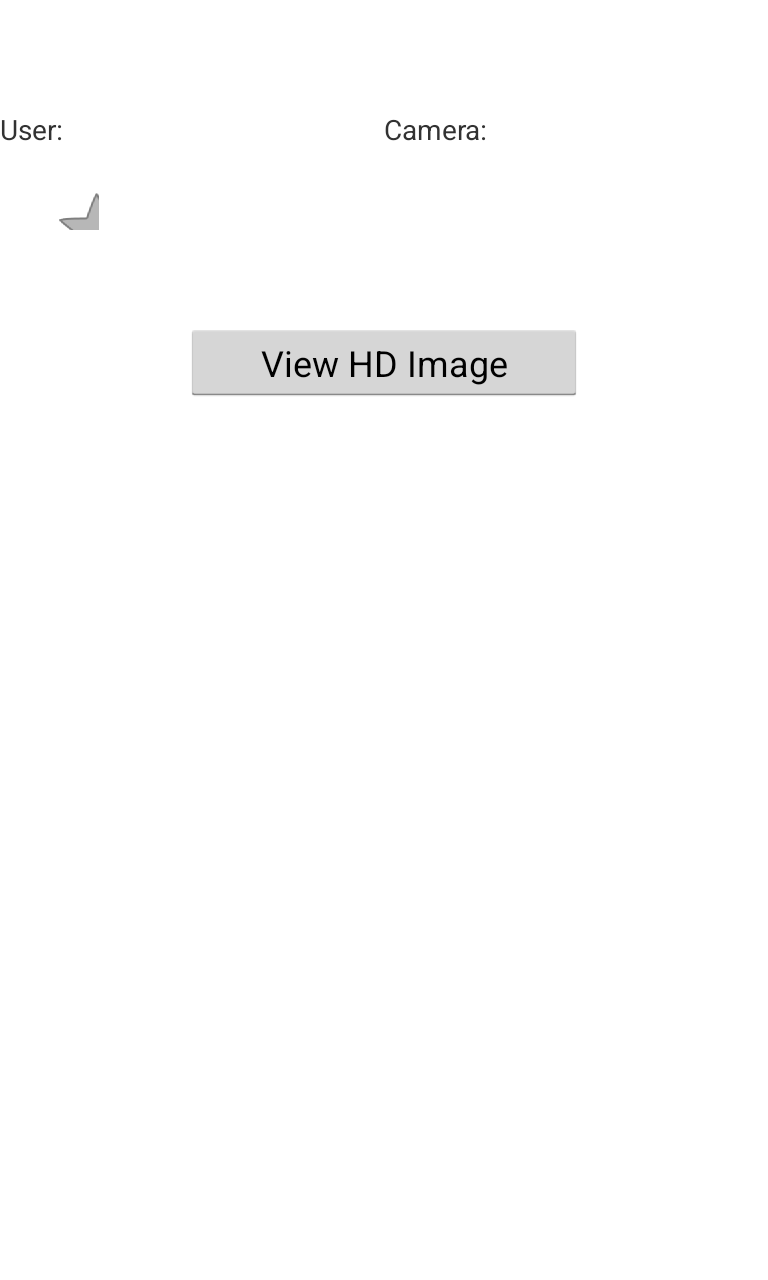
Repository: arianaantonio/Java2_Antonio
Layout: SpaceImageViewer/res/layout/details_activity.xml
These files come from the project's save history. The layout is drawn as it stood at one moment and after the next save; the edit follows.
It is drawn on a 768 x 1280 px phone screen (xhdpi) without system bars, with theme AppTheme; the app's code is not run.

Above is the layout before, as saved 2014-07-16 02:23:58.

### SpaceImageViewer/res/layout/details_activity.xml
<?xml version="1.0" encoding="utf-8"?>
<RelativeLayout xmlns:android="http://schemas.android.com/apk/res/android"
    android:layout_width="match_parent"
    android:layout_height="match_parent"
    android:orientation="vertical" >

    <TextView
        android:id="@+id/title"
        android:layout_width="wrap_content"
        android:layout_height="wrap_content"
        android:layout_alignParentTop="true"
        android:layout_centerHorizontal="true"
        android:layout_marginTop="18dp"
        android:text="" />

    <TextView
        android:id="@+id/user"
        android:layout_width="wrap_content"
        android:layout_height="wrap_content"
        android:layout_alignParentLeft="true"
        android:layout_below="@+id/title"
        android:layout_marginTop="18dp"
        android:text="@string/userString" />

    <TextView
        android:id="@+id/userName"
        android:layout_width="wrap_content"
        android:layout_height="wrap_content"
        android:layout_above="@+id/ratingBar"
        android:layout_marginLeft="18dp"
        android:layout_alignBottom="@+id/user"
        android:layout_toRightOf="@+id/user"
        android:text="" />

    <TextView
        android:id="@+id/cameraType"
        android:layout_width="wrap_content"
        android:layout_height="wrap_content"
        android:layout_alignParentRight="true"
        android:layout_alignBaseline="@+id/user"
        android:layout_alignBottom="@+id/user"
        android:layout_toRightOf="@+id/camera"
        android:text="" />

    <TextView
        android:id="@+id/camera"
        android:layout_width="wrap_content"
        android:layout_height="wrap_content"
        android:layout_alignBaseline="@+id/cameraType"
        android:layout_alignBottom="@+id/cameraType"
        android:layout_toRightOf="@+id/title"
        android:text="@string/cameraString" />

    <Button
        android:id="@+id/button1"
        android:layout_width="wrap_content"
        android:layout_height="wrap_content"
        android:layout_below="@+id/ratingBar"
        android:layout_centerHorizontal="true"
        android:layout_marginTop="46dp"
        android:minHeight="35dp"
        android:text="@string/HDbutton"
        android:width="200dp" />

    <RatingBar
        android:id="@+id/ratingBar"
        android:layout_width="25dp"
        android:layout_height="25dp"
        android:layout_alignRight="@+id/userName"
        android:layout_below="@+id/user"
        android:layout_marginTop="16dp"
        android:numStars="1"
        android:rating="0.0"
        android:stepSize="1.0" />

</RelativeLayout>

### SpaceImageViewer/res/values/strings.xml
<?xml version="1.0" encoding="utf-8"?>
<resources>

    <string name="app_name">Space Image Viewer</string>
    <string name="action_settings">Settings</string>
    <string name="textview_text">List of images of spiral galaxies</string>
    <string name="detail_view">Details:</string>
    <string name="Description">Image View</string>
    <color name="Purple">#7F00FF</color>
    <color name="Grey">#D8D8D8</color>
    <color name="Aqua">#99FFFF</color>
    <string name="userString">User:</string>
    <string name="cameraString">Camera:</string>
    <string name="HDbutton">View HD Image</string>
    <string name="detailactivity">Details Activity</string>


</resources>

Loaded but not shown: SpaceImageViewer/res/values/styles.xml (common file); SpaceImageViewer/res/values-v11/styles.xml (common file); SpaceImageViewer/res/values-v14/styles.xml (common file)

After the next save:
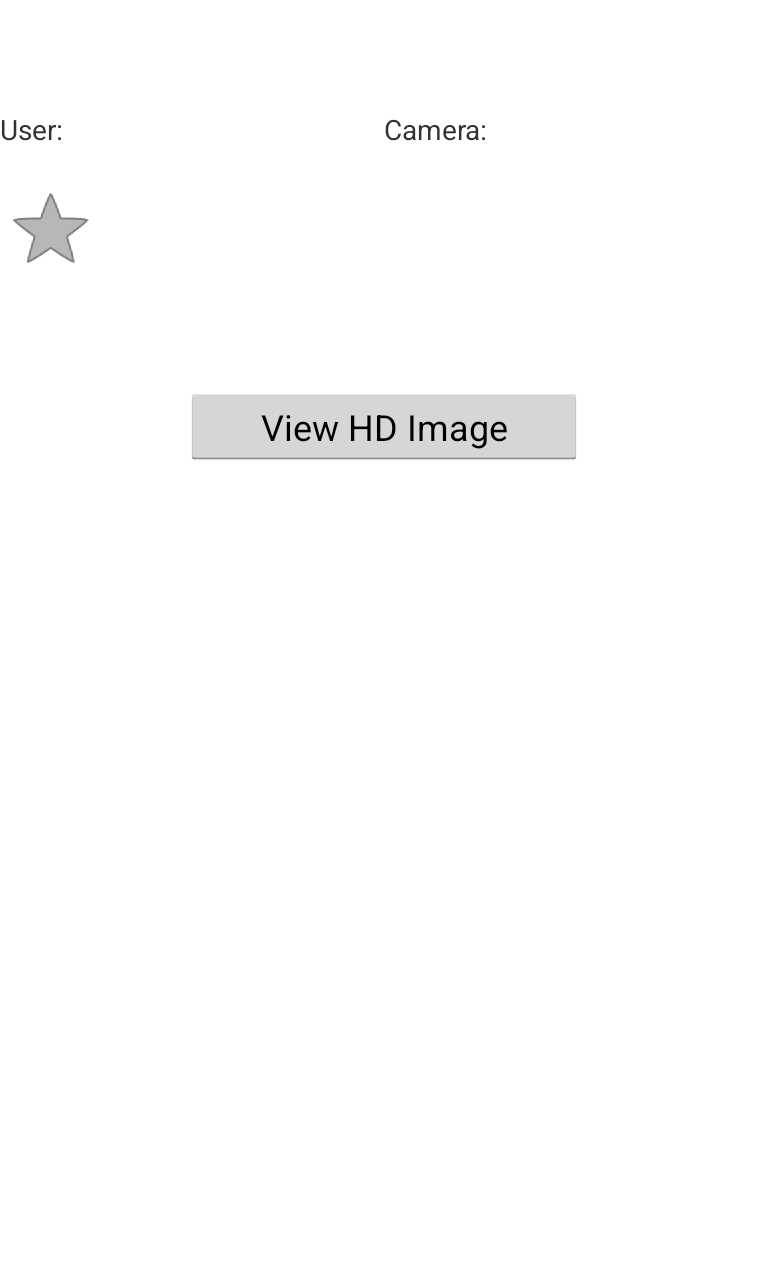
Saved 20 s later.
--- a/SpaceImageViewer/res/layout/details_activity.xml
+++ b/SpaceImageViewer/res/layout/details_activity.xml
@@ -64,8 +64,8 @@
 
     <RatingBar
         android:id="@+id/ratingBar"
-        android:layout_width="25dp"
-        android:layout_height="25dp"
+        android:layout_width="wrap_content"
+        android:layout_height="wrap_content"
         android:layout_alignRight="@+id/userName"
         android:layout_below="@+id/user"
         android:layout_marginTop="16dp"
